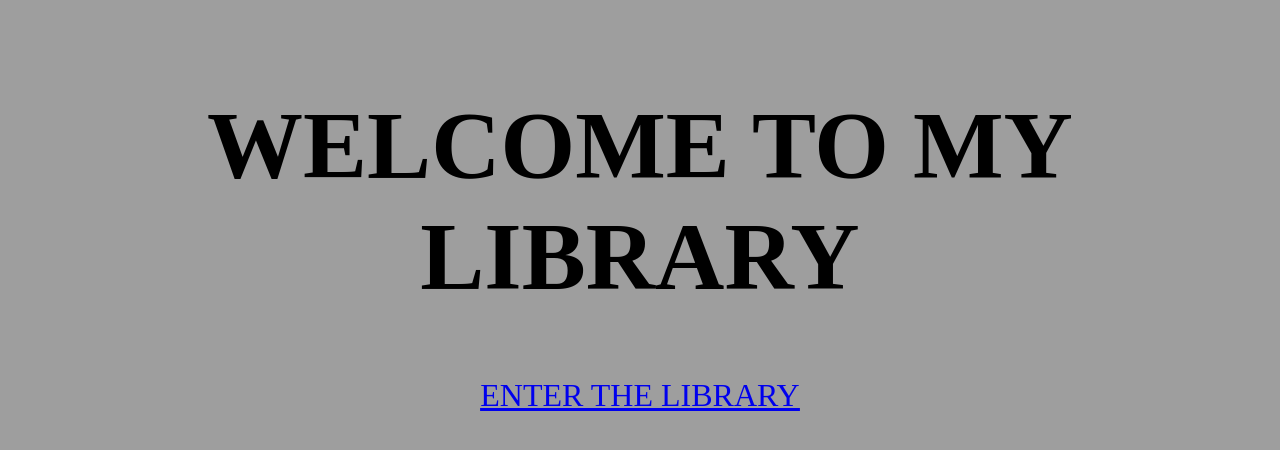
Repository: subhamsourabh265/LibManagementSystemJ2EE-
Page: library/WebContent/mylib.html
The author's editor kept a copy of each file at every save. The page is drawn from the files as they stood at one save, then again after the next save.
The browser window is 1280 px wide. The pictures show the whole page.

Above is the page before, as saved 2015-07-06 19:42:14.

After the next save:
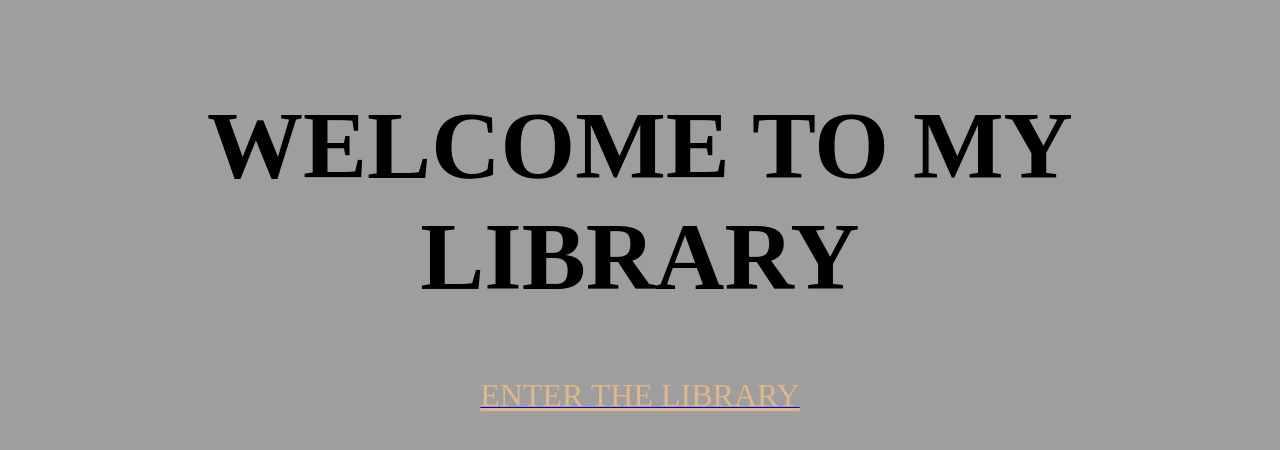
Saved 97 s later.
--- a/library/WebContent/mylib.html
+++ b/library/WebContent/mylib.html
@@ -12,14 +12,16 @@ WELCOME TO MY LIBRARY
 </b>
 </h1>
 </font>
-<font size=6  color = burlywood >
+
 <a  href =  "mylogin.html" >
 <p style= "text-align:center" >
+<font size=6  color = burlywood >
 <u>
 ENTER  THE  LIBRARY
 </u>
+</font>
 </p>
 </a>
-</font>
+
 </body>
 </html>
